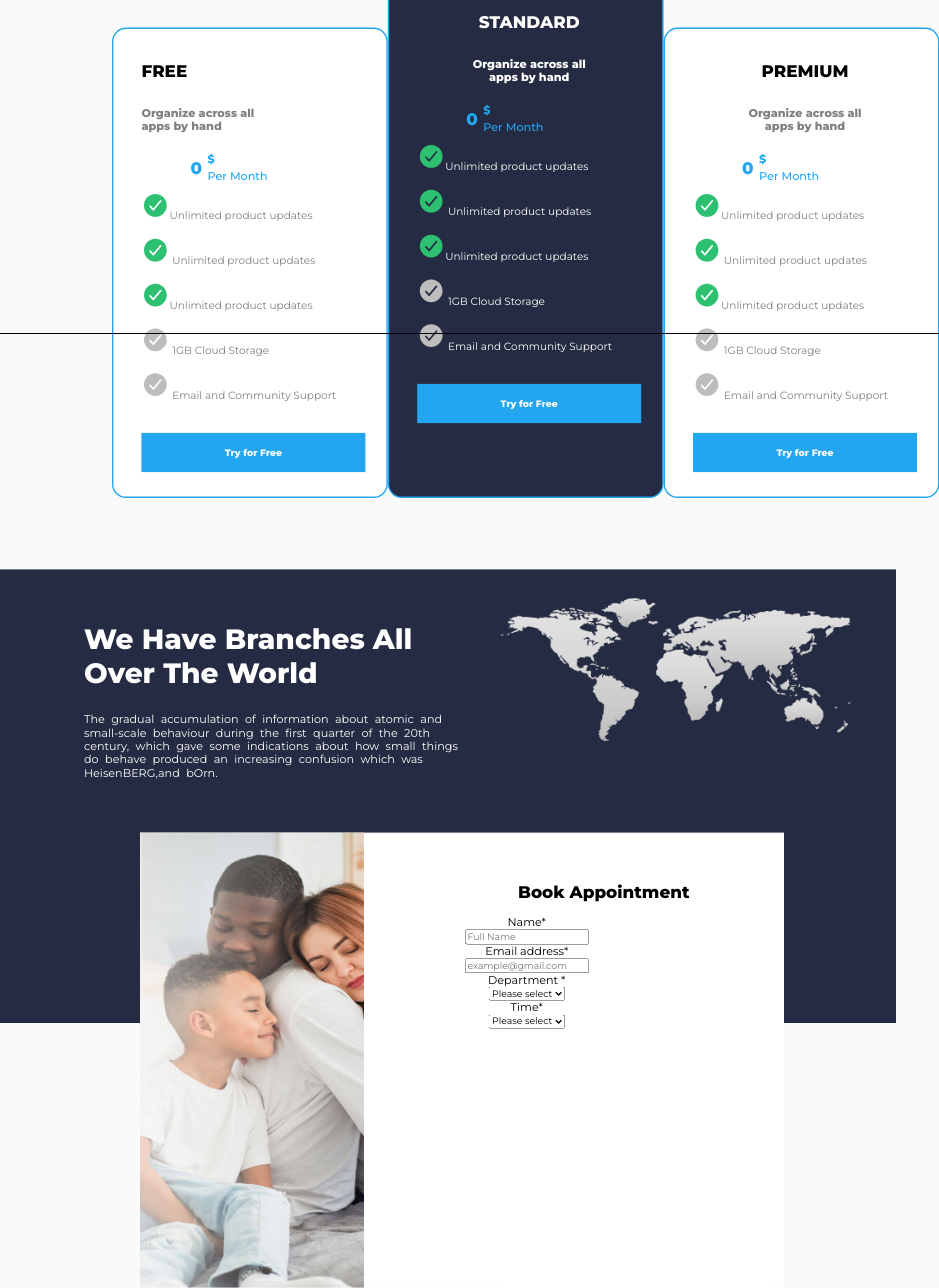
Repository: NANCY-HUB329/week-challenge
Page: index.html
The author's editor kept a copy of each file at every save. The page is drawn from the files as they stood at one save, then again after a run of saves.
The browser window is 1280 px wide. The page is 1342 px wide, so the pictures cover 1342 px, including what lies to the right of the window. The pictures show the part of the page from y = 2428 to 4268 px (the page is 4268 px tall), at 70% of full size.

Above is the page before, as saved 2023-11-24 03:05:35.

After the next 4 saves:
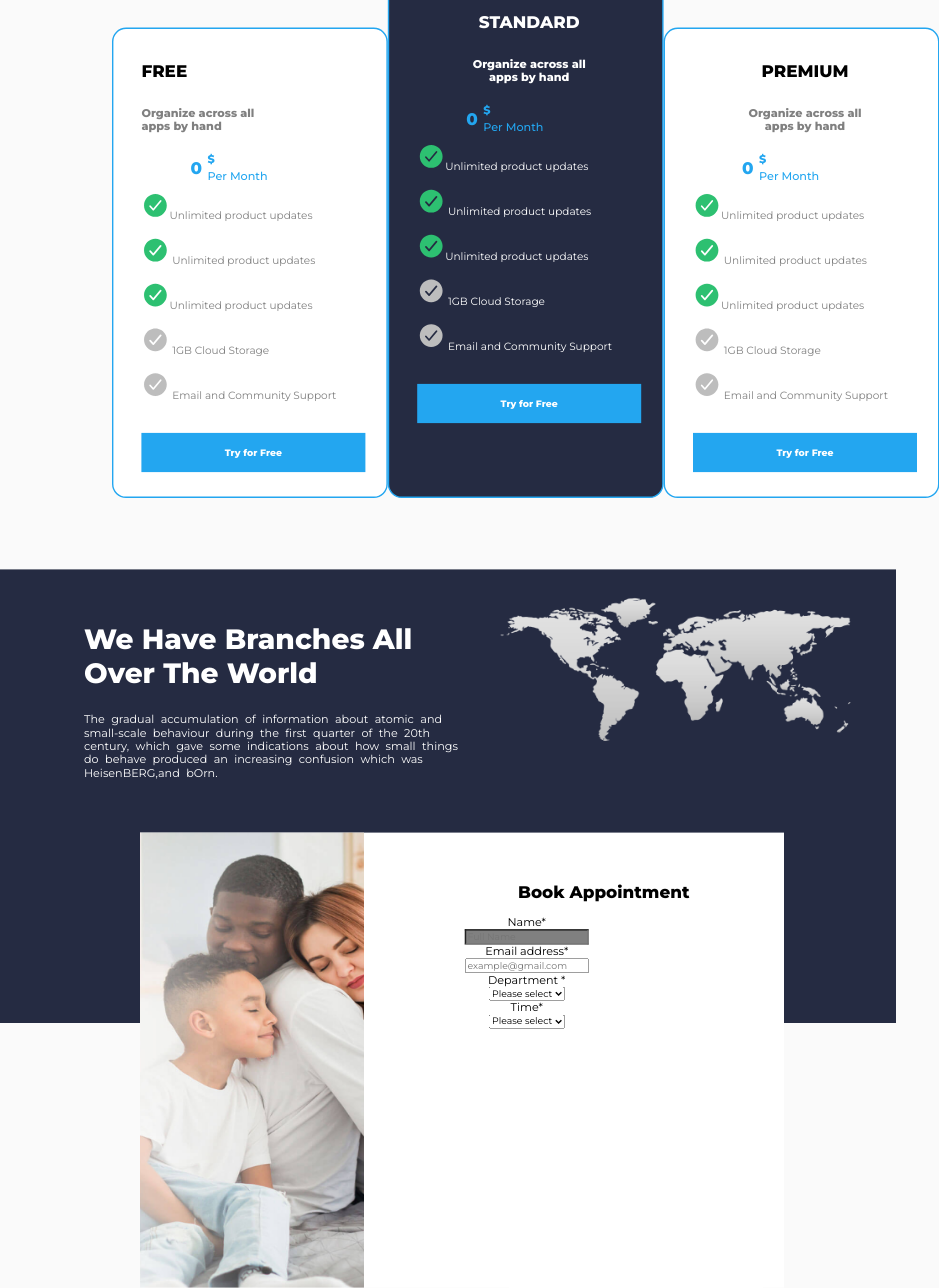
The 4 saves are shown as one change because they came seconds apart.
The last was saved 14 s later.
--- a/index.html
+++ b/index.html
@@ -360,7 +360,7 @@
 
 <form>
   <label for="name">Name*</label><br>
-<input type="text" value="" placeholder="Full Name" style="ba" name=""/><br>
+<input type="text" value="" placeholder="Full Name" style="background-color: gray;" name=""/><br>
 <label for="name">Email address*</label><br>
 <input type="text" value="" placeholder="example@gmail.com" name=""/><br>
 <label for="name">Department *</label><br>
